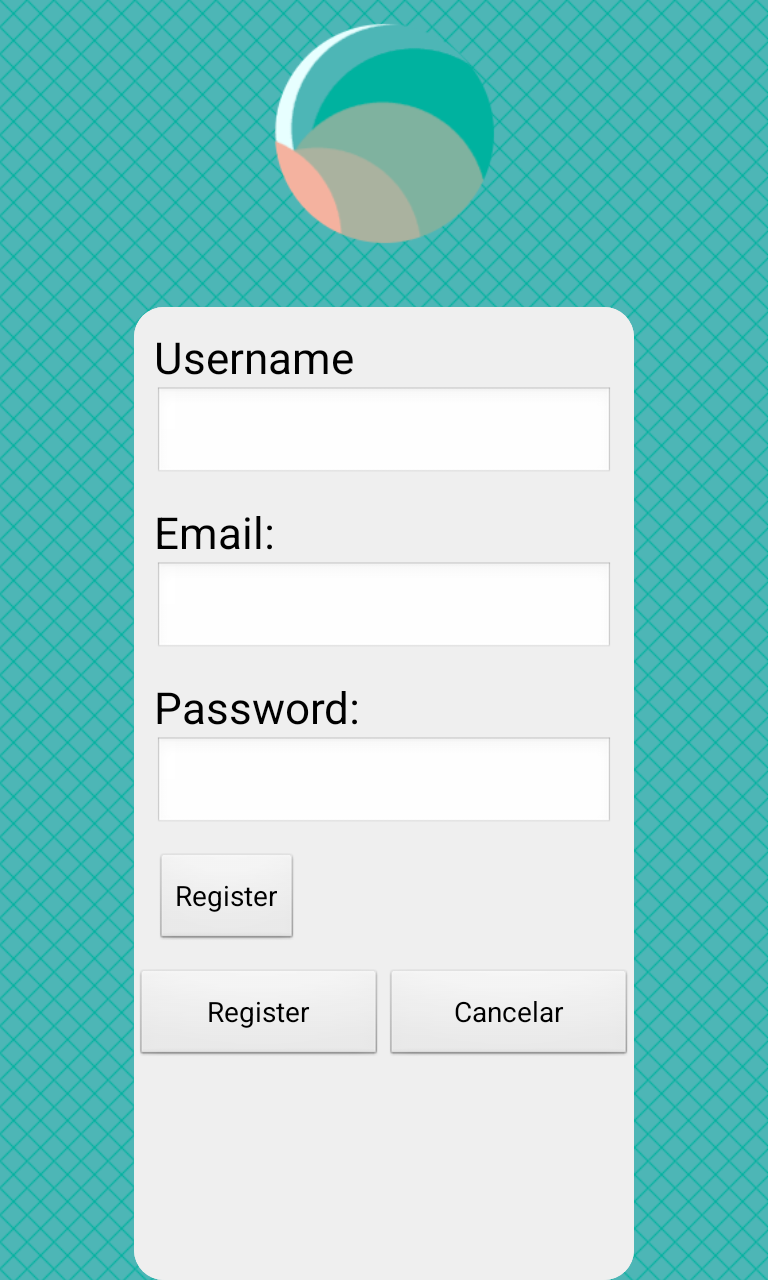
Repository: ppamorim/Coderock-X
Layout: workspace-Android/teste1/res/layout/activity_register.xml
An editor plug-in stored every save of this project. The layout is shown before and after the next save, followed by the edit.
It is drawn on a 768 x 1280 px phone screen (xhdpi) without system bars, with theme android:Theme.NoTitleBar; the app's code is not run.

Above is the layout before, as saved 2014-01-05 23:22:14.

### workspace-Android/teste1/res/layout/activity_register.xml
<?xml version="1.0" encoding="utf-8"?>
<LinearLayout xmlns:android="http://schemas.android.com/apk/res/android"
    android:layout_width="match_parent"
    android:layout_height="match_parent"
    android:background="@drawable/background"
    android:orientation="vertical" >

    <ImageView
    android:layout_width="fill_parent"
    android:layout_height="wrap_content"
    android:contentDescription="@string/app_name"
    android:scaleType="centerInside"
    android:src="@drawable/splash" />

    <FrameLayout
        android:layout_width="250dp"
        android:layout_height="wrap_content"
        android:layout_gravity="center"
        android:layout_marginTop="20dp">

        <LinearLayout
            android:layout_width="match_parent"
            android:layout_height="match_parent"
            android:background="@layout/rounded"
            android:orientation="vertical" >

        	<LinearLayout
            android:layout_width="match_parent"
            android:layout_height="match_parent"
            android:background="@layout/rounded"
            android:orientation="vertical" >

        	    <TextView
                android:id="@+id/TextUsername"
                android:layout_width="wrap_content"
                android:layout_height="wrap_content"
                android:text="@string/username"
                android:textColor="#000"
                android:layout_marginTop="10dp"
                android:layout_marginLeft="10dp"
            	android:layout_marginRight="10dp"
                android:textAppearance="?android:attr/textAppearanceLarge" />

            	<EditText
            	android:id="@+id/Username"
            	android:layout_width="match_parent"
            	android:layout_height="wrap_content"
            	android:layout_marginLeft="10dp"
            	android:layout_marginRight="10dp"
            	android:hint=""
            	android:ems="10" />

            	<TextView
                android:id="@+id/TextEmail"
                android:layout_width="wrap_content"
                android:layout_height="wrap_content"
                android:text="@string/Email"
                android:textColor="#000"
                android:layout_marginTop="10dp"
                android:layout_marginLeft="10dp"
            	android:layout_marginRight="10dp"
                android:textAppearance="?android:attr/textAppearanceLarge" />

            	<EditText
            	android:id="@+id/Ema"
            	android:layout_width="match_parent"
            	android:layout_height="wrap_content"
            	android:layout_marginLeft="10dp"
            	android:layout_marginRight="10dp"
            	android:hint=""
            	android:ems="10" />

            	<TextView
                android:id="@+id/textView2"
                android:layout_width="wrap_content"
                android:layout_height="wrap_content"
                android:text="@string/Password"
                android:textColor="#000"
                android:layout_marginTop="10dp"
                android:layout_marginLeft="10dp"
            	android:layout_marginRight="10dp"
                android:textAppearance="?android:attr/textAppearanceLarge" />

        		<EditText
            	android:id="@+id/Senha"
            	android:layout_width="match_parent"
            	android:layout_height="wrap_content"
            	android:layout_marginBottom="10dp"
            	android:layout_marginLeft="10dp"
            	android:layout_marginRight="10dp"
            	android:hint=""
            	android:ems="10" >
        		</EditText>

        		<LinearLayout
        		android:layout_width="fill_parent"
            	android:layout_height="match_parent"
            	android:orientation="horizontal"
            	android:layout_marginBottom="10dp"
            	android:layout_marginLeft="10dp"
            	android:layout_marginRight="10dp" >

        		<Button
            	android:id="@+id/Register"
            	android:layout_width="wrap_content"
            	android:layout_height="fill_parent"
            	android:text="@string/register" />

        		</LinearLayout>

        		<LinearLayout
        		android:layout_width="fill_parent"
        		android:layout_height="240dp"
        		android:layout_weight="2"
        		android:orientation="horizontal" >

        		<Button
            	android:id="@+id/Register"
            	android:layout_width="0dp"
            	android:layout_height="wrap_content"
            	android:layout_weight="1.0"
            	android:text="@string/register" />

        		<Button
            	android:id="@+id/Cancelar"
            	android:layout_width="0dp"
            	android:layout_height="wrap_content"
            	android:layout_weight="1.0"
        		android:text="@string/cancel" />
    			</LinearLayout>

        	</LinearLayout>
        </LinearLayout>
    </FrameLayout>
</LinearLayout>

### workspace-Android/teste1/res/drawable-hdpi/background.xml
<?xml version="1.0" encoding="utf-8"?>
<bitmap xmlns:android="http://schemas.android.com/apk/res/android"
  android:src="@drawable/bg"
  android:tileMode="repeat" />

### workspace-Android/teste1/res/values/strings.xml
<?xml version="1.0" encoding="utf-8"?>
<resources>

    <string name="app_name">Feel</string>
    <string name="action_settings">Settings</string>
    <string name="hello_world">Hello world!</string>
    <string name="Email">Email:</string>
    <string name="Password">Password:</string>
    <string name="Resultado">Resultado:</string>
    <string name="BotaoSomar">Somar</string>
    <string name="BotaoSub">Subtrair</string>
    <string name="BotaoMulti">Multiplicar</string>
    <string name="BotaoDividir">Dividir</string>
    <string name="ok">OK</string>
    <string name="username">Username</string>
    <string name="register">Register</string>
    <string name="cancel">Cancelar</string>

</resources>

### workspace-Android/teste1/res/layout/rounded.xml
<?xml version="1.0" encoding="utf-8"?>
<layer-list xmlns:android="http://schemas.android.com/apk/res/android">
    <item>
        <shape android:shape="rectangle" >
            <corners android:radius="15dip" />
            <solid android:color="#efefef" />
            <stroke android:width="0dp" android:color="#bebfc1"/>
        </shape>
    </item>
</layer-list>

After the next save:
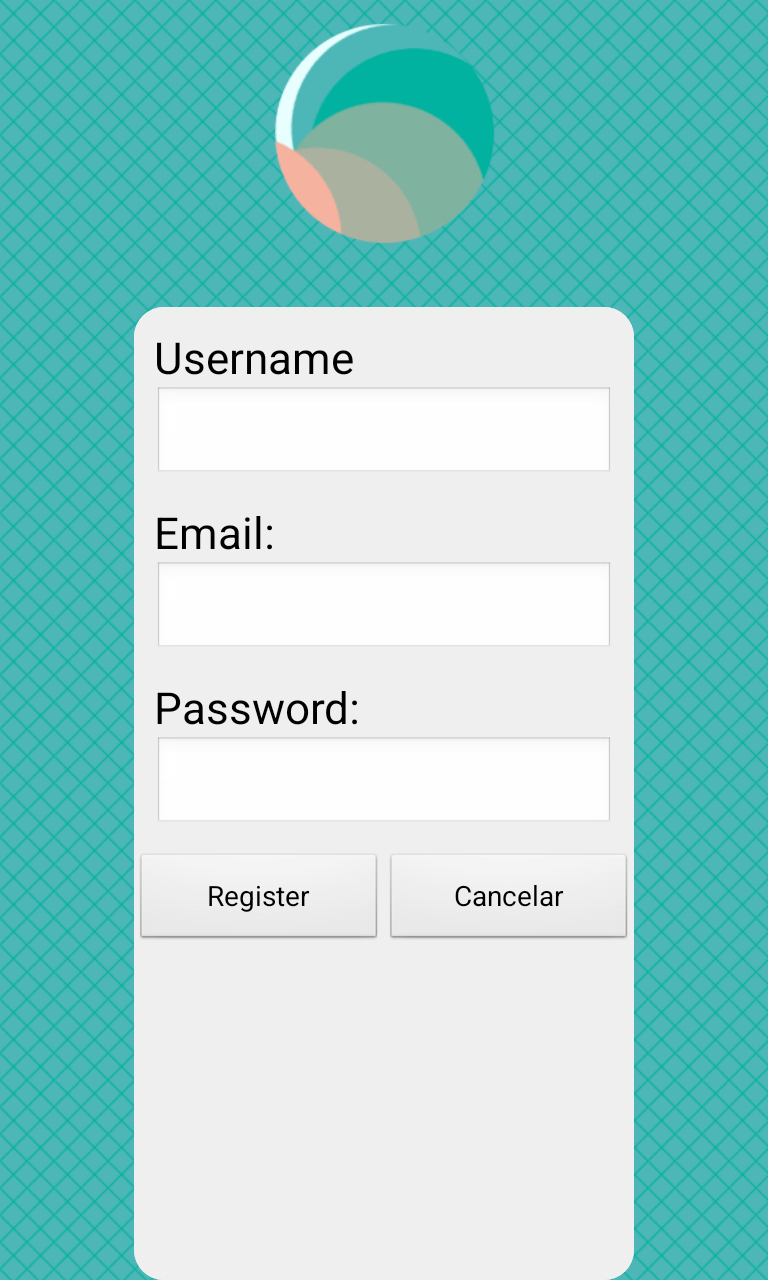
Saved 17 s later.
--- a/workspace-Android/teste1/res/layout/activity_register.xml
+++ b/workspace-Android/teste1/res/layout/activity_register.xml
@@ -94,22 +94,6 @@
 
         		<LinearLayout
         		android:layout_width="fill_parent"
-            	android:layout_height="match_parent"
-            	android:orientation="horizontal"
-            	android:layout_marginBottom="10dp"
-            	android:layout_marginLeft="10dp"
-            	android:layout_marginRight="10dp" >
-
-        		<Button
-            	android:id="@+id/Register"
-            	android:layout_width="wrap_content"
-            	android:layout_height="fill_parent"
-            	android:text="@string/register" />
-
-        		</LinearLayout>
-
-        		<LinearLayout
-        		android:layout_width="fill_parent"
         		android:layout_height="240dp"
         		android:layout_weight="2"
         		android:orientation="horizontal" >
